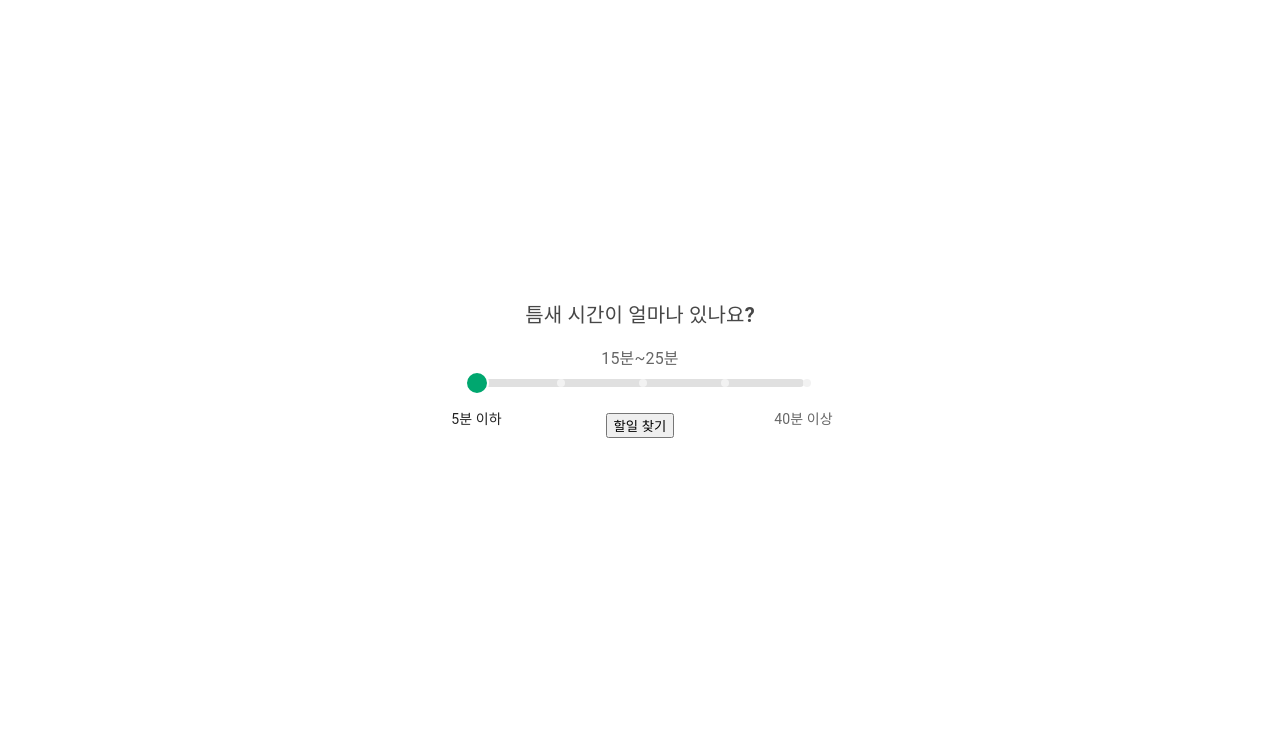
Repository: Tickley-Team/Tickley
Page: /survey
These files come from the project's save history. The page is drawn as it stood at one moment and after the next save; the edit follows.
The browser window is 1280 px wide. The pictures show the whole page.
The project was rebuilt for these pictures with package versions that can differ from the ones it lists, and the page was loaded fresh each time. Also part of the build but not shown: vite.config.ts, src/pages/Todos.tsx, src/stores/recommendTodoFilterStore.ts, src/hooks/useCategoryNames.tsx, src/hooks/useFilteredTodos.tsx, src/hooks/useLocalStorage.ts, src/utils.ts, src/pages/TodosFind.tsx and 9 more.

Above is the page before, as saved 2024-12-08 18:03:44.

### index.html
<!doctype html>
<html lang="en">
  <head>
    <meta charset="UTF-8" />
    <link rel="icon" type="image/svg+xml" href="/vite.svg" />
    <meta name="viewport" content="width=device-width, initial-scale=1.0" />
    <title>티클리</title>
  </head>
  <body>
    <div id="root"></div>
    <script type="module" src="/src/main.tsx"></script>
  </body>
</html>

### src/index.css
:root {
  font-family: Inter, system-ui, Avenir, Helvetica, Arial, sans-serif;
  line-height: 1.5;
  font-weight: 400;

  color-scheme: light dark;

  font-synthesis: none;
  text-rendering: optimizeLegibility;
  -webkit-font-smoothing: antialiased;
  -moz-osx-font-smoothing: grayscale;
}

### src/App.tsx
import './App.css'

import Todos from './pages/Todos'
import TodosFind from './pages/TodosFind'
import SurveySpareTime from './pages/SurveySpareTime'
import Home from './pages/Home'
import OnboardingPage from './pages/OnboardingPage'
import TodosMemory from './pages/TodosMemory'
import ProgressTimer from './pages/ProgressTimer'
import CompletedTimer from './pages/CompletedTimer'
import { fetchRecommendTodos } from './api/fetchRecommendTodos'
import { createBrowserRouter, RouterProvider } from 'react-router'

function App() {
  const isProduction = process.env.NODE_ENV === 'production'
  const basename = isProduction ? '/Tickley' : '/'

  const router = createBrowserRouter(
    [
      {
        path: '/',
        element: <Home />,
      },
      {
        path: '/todos',
        element: <Todos />,
      },
      {
        path: '/todos/find',
        element: <TodosFind />,
        loader: () =>
          fetchRecommendTodos(
            `${import.meta.env.BASE_URL}data/todoRecommendData.json`,
          ),
      },
      {
        path: '/todos/memory',
        element: <TodosMemory />,
      },
      {
        path: '/survey',
        element: <SurveySpareTime />,
      },
      {
        path: '/onboarding/:onboardingId',
        element: <OnboardingPage />,
      },
      {
        path: '/timer/progress',
        element: <ProgressTimer />,
      },
      {
        path: '/timer/completed',
        element: <CompletedTimer />,
      },
    ],
    {
      basename,
    },
  )

  return (
    <div className="App">
      <RouterProvider router={router} />
    </div>
  )
}

export default App

### src/App.css
#root {
  /* max-width: 1280px; */
  margin: 0 auto;
  text-align: center;
}

### src/pages/SurveySpareTime/index.tsx
import { useCallback } from 'react'
import { useNavigate } from 'react-router'
import { MobileLayout } from '../../layout/MobileLayout'
import { RangeSlider } from '../../components/RangeSlider'
import { Typography } from '@mui/material'

const SurveySpareTime = () => {
  const navigate = useNavigate()
  const handleClickButton = useCallback(() => {
    navigate('/todos/find')
  }, [])
  return (
    <MobileLayout>
      <Typography
        variant="h6"
        sx={{ fontWeight: 'bold', mb: 2, color: '#474747' }}
      >
        틈새 시간이 얼마나 있나요?
      </Typography>
      <RangeSlider />
      <button onClick={handleClickButton}>할일 찾기 </button>
    </MobileLayout>
  )
}

/**
 * zustand 테스트용 - 컴포넌트 분리작업은 추후에
 * @returns
 */
// const RangeSlider = () => {
//   const { spareTime, setSpareTime } = useRecommendTodoFilterStore()
//   //   const [value, setValue] = useState(0)

//   const handleChange = (event: React.ChangeEvent<HTMLInputElement>) => {
//     setSpareTime(Number(event.target.value))
//   }

//   return (
//     <div className="range-slider">
//       <label htmlFor="range">Select time range:</label>
//       <input
//         id="range"
//         type="range"
//         min="0"
//         max="4"
//         step="1"
//         value={spareTime}
//         onChange={handleChange}
//         className="slider"
//       />
//       <div className="labels"></div>
//       <div className="value">{spareTime}</div>
//     </div>
//   )
// }

export default SurveySpareTime

### src/api/fetchRecommendTodos.ts
import { RecommendTodo } from '../types'

export const fetchRecommendTodos = async (
  path: string,
): Promise<Array<RecommendTodo>> => {
  try {
    const response = await fetch(path)
    if (!response.ok) {
      throw new Error(`HTTP error! status: ${response.status}`)
    }
    return response.json()
  } catch (error) {
    if (error instanceof Error) {
      throw new Error(`데이터 로드 실패: ${error.message}`)
    }
    throw new Error('알 수 없는 에러가 발생했습니다')
  }
}

### src/layout/MobileLayout.tsx
import { Container } from '@mui/material'

export const MobileLayout = ({
  children,
  ...restProps
}: {
  children: React.ReactNode
}) => {
  return (
    <Container
      sx={{
        maxWidth: '375px', // 최대 너비 375px
        margin: '0 auto',
        backgroundColor: 'white',
        height: '100vh',
        display: 'flex', // Flexbox를 사용하여 콘텐츠 정렬
        flexDirection: 'column',
        justifyContent: 'center',
        alignItems: 'center',
        '@media (min-width: 1200px)': {
          maxWidth: '375px', // 1200px 이상에서도 375px 고정
        },
      }}
      {...restProps}
    >
      {/* 여기에 콘텐츠를 추가 */}
      {children}
    </Container>
  )
}

### src/components/RangeSlider.tsx
import styled from '@emotion/styled'
import { Box, Typography, Slider, SliderProps } from '@mui/material'

type RangeSliderProps = Partial<SliderProps> & {
  onChange: (newValue: number) => void
}
export const RangeSlider = ({ onChange, defaultValue }: RangeSliderProps) => {
  const marks = [
    { value: 0, label: '5분 이하' },
    { value: 25 },
    { value: 50 },
    { value: 75 },
    { value: 100, label: '40분 이상' },
  ]
  return (
    <Box width={'100%'}>
      <Typography sx={{ mb: 1, color: '#666666' }}>15분~25분</Typography>
      <CustomSlider
        defaultValue={defaultValue}
        marks={marks}
        step={null}
        onChange={onChange}
      />

      {/* <Box
        sx={{
          display: 'flex',
          justifyContent: 'space-between',
          mt: 1,
          color: '#A3A3A3',
          fontSize: '0.875rem',
        }}
      >
        <Typography>5분 이하</Typography>
        <Typography>40분 이상</Typography>
      </Box> */}
    </Box>
  )
}

const CustomSlider = styled(Slider)({
  height: 8,
  padding: 0,
  '& .MuiSlider-rail': {
    opacity: 1,
    backgroundColor: '#E0E0E0', // gray300
  },
  '& .MuiSlider-track': {
    border: 'none',
    backgroundColor: '#00A76F', // pri500
  },
  '& .MuiSlider-thumb': {
    height: 24,
    width: 24,
    backgroundColor: '#00A76F', // pri500
    border: '2px solid #fff',
    '&:focus, &:hover, &.Mui-active, &.Mui-focusVisible': {
      boxShadow: 'inherit',
    },
    '&:before': {
      display: 'none',
    },
  },
  '& .MuiSlider-mark': {
    backgroundColor: '#F2F2F2', // gray200
    height: 8,
    width: 8,
    borderRadius: '50%',
    marginTop: 0,
  },
})

Loaded but not shown: src/main.tsx (common file)

After the next save:
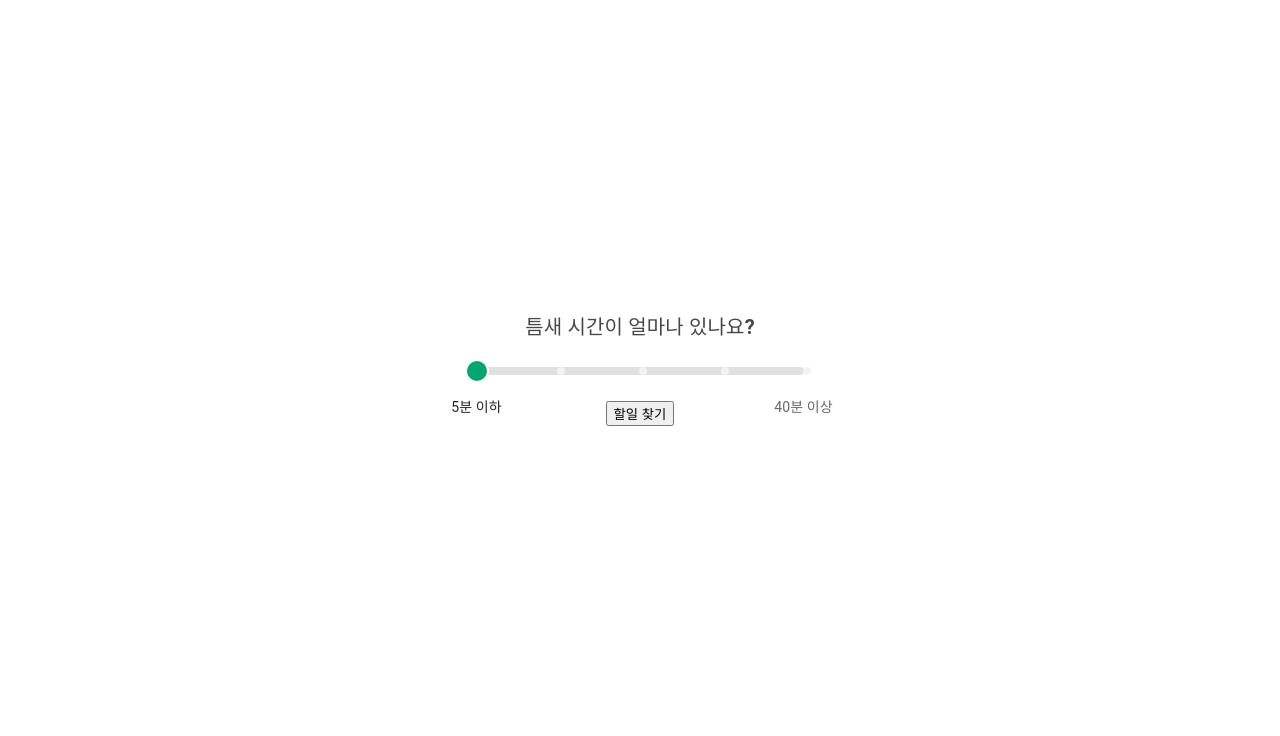
Saved 57 s later.
--- a/src/components/RangeSlider.tsx
+++ b/src/components/RangeSlider.tsx
@@ -3,8 +3,13 @@ import { Box, Typography, Slider, SliderProps } from '@mui/material'
 
 type RangeSliderProps = Partial<SliderProps> & {
   onChange: (newValue: number) => void
+  defaultText: string
 }
-export const RangeSlider = ({ onChange, defaultValue }: RangeSliderProps) => {
+export const RangeSlider = ({
+  onChange,
+  defaultValue,
+  defaultText,
+}: RangeSliderProps) => {
   const marks = [
     { value: 0, label: '5분 이하' },
     { value: 25 },
@@ -14,7 +19,7 @@ export const RangeSlider = ({ onChange, defaultValue }: RangeSliderProps) => {
   ]
   return (
     <Box width={'100%'}>
-      <Typography sx={{ mb: 1, color: '#666666' }}>15분~25분</Typography>
+      <Typography sx={{ mb: 1, color: '#666666' }}>{defaultText}</Typography>
       <CustomSlider
         defaultValue={defaultValue}
         marks={marks}
